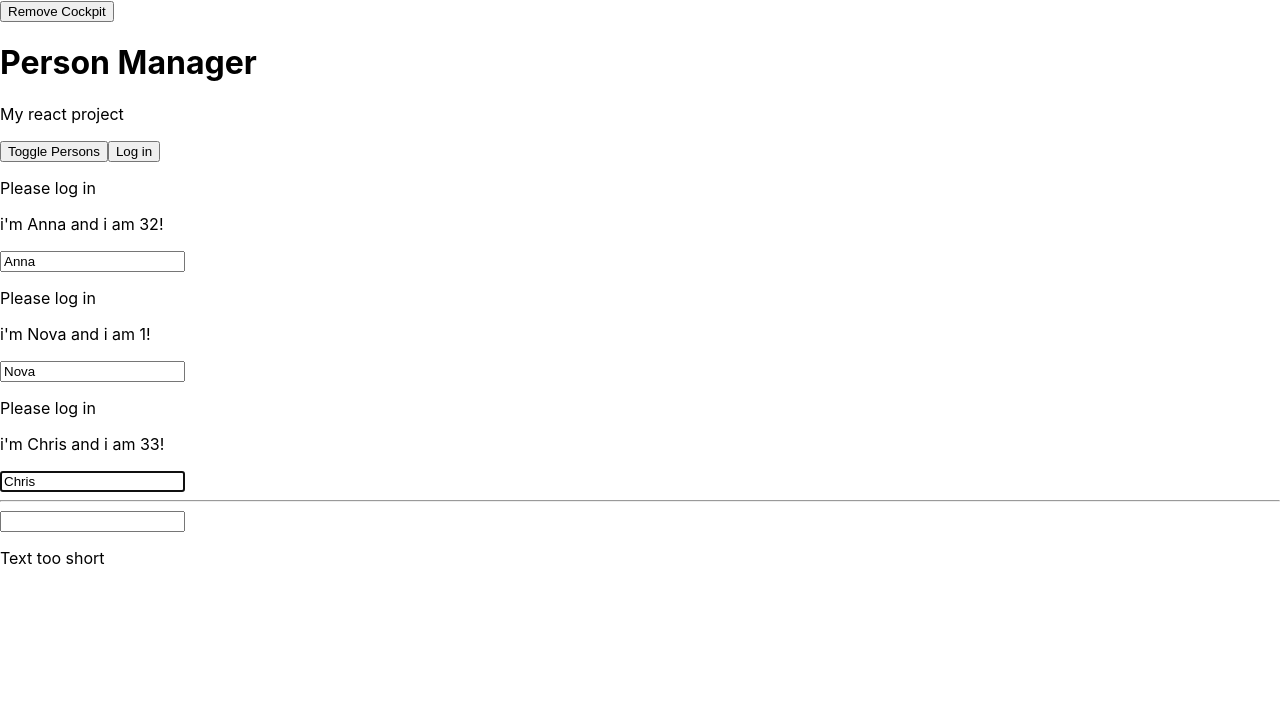
Repository: chrisbriz/myreactapp
Page: /
The author's editor kept a copy of each file at every save. The page is drawn from the files as they stood at one save, then again after the next save.
The browser window is 1280 px wide. The pictures show the whole page.
The project was rebuilt for these pictures with package versions that can differ from the ones it lists, and the page was loaded fresh each time. Also part of the build but not shown: src/Containers/App.css, src/Components/Char.js, src/Components/Persons/Person/Person.css, src/Components/Cockpit/Cockpit.css.

Above is the page before, as saved 2019-02-20 13:01:58.

### src/index.js
import React from 'react';
import ReactDOM from 'react-dom';
import './index.css';
import App from './Containers/App';
import * as serviceWorker from './serviceWorker';

ReactDOM.render(<App appTitle="Person Manager"/>, document.getElementById('root'));

// If you want your app to work offline and load faster, you can change
// unregister() to register() below. Note this comes with some pitfalls.
// Learn more about service workers: http://bit.ly/CRA-PWA
serviceWorker.unregister();

### src/Containers/App.js
import React, { Component } from 'react';
import classes from './App.css';
import Validation from '../Components/Validation';
import Char from '../Components/Char';
import Persons from '../Components/Persons/Persons';
import Cockpit from '../Components/Cockpit/Cockpit';
import withCLass from '../HOC/withClass';
import Auxiliary from '../HOC/Auxiliary';
import AuthContext from '../context/auth-context';


class App extends Component {

  constructor(props) {
    super(props);
    console.log('[App.js] constructor');
  }

  //state = component internal data, data source
  state = {
    persons: [
      { id: '1', name: 'Anna', age: 32 },
      { id: '2', name: 'Nova', age: 1 },
      { id: '3', name: 'Chris', age: 33 }
    ],
    showPersons: false,
    userInput: '',
    showCockpit: true,
    changeCounter: 0,
    authenticated: false
  }

  static getDerivedStateFromProps(props, state) {
    console.log('[App.js] getDerivedStateFromProps', props)
    return state;
  }

  //IMPORTANT LIFECYCLE HOOK
  componentDidMount() {
    console.log('[App.js] componentDidMount');
  }

  //IMPORTANT LIFECYCLE HOOK
  shouldComponentUpdate(nextProps, nextState) {
    console.log('[App-js] shouldComponentUpdate');
    return true;
  }

  //IMPORTANT LIFECYCLE HOOK
  componentDidUpdate() {
    console.log('[App-js] componentDidUpdate');
  }

  inputChangeHandler = (event) => {
    this.setState({ userInput: event.target.value })
  }

  deleteCharHandler = (index) => {
    const text = this.state.userInput.split('');
    text.splice(index, 1);
    const updatedText = text.join('');
    this.setState({ userInput: updatedText });
  }

  nameChangedHandler = (event, id) => {
    const personIndex = this.state.persons.findIndex(p => {
      return p.id === id;
    });

    const person = {
      ...this.state.persons[personIndex]
    };

    person.name = event.target.value;

    const persons = [...this.state.persons];
    persons[personIndex] = person;

    this.setState((prevState, props) => {
      return {
        persons: persons,
        changeCounter: prevState.changeCounter + 1
      };
    });
  }

  deletePersonHandler = (personIndex) => {
    // const persons = this.state.persons.slice();
    /*spread operator = spreads le element of the initial array into a new array
    we now manipulate a copy of the original state (mutating the state directly is bad practice)
    then updating the state*/
    const persons = [...this.state.persons];
    persons.splice(personIndex, 1);
    this.setState({ persons: persons });
  }

  togglePersonsHandler = () => {
    const doesShow = this.state.showPersons;
    this.setState({ showPersons: !doesShow });
  }

  loginHandler = () => {
    this.setState({ authenticated: true });
  }

  render() {
    console.log('[App.js] render')

    const charList = this.state.userInput.split('').map((ch, index) => {
      return <Char
        character={ch}
        key={index}
        clicked={() => this.deleteCharHandler(index)} />;
    });

    let persons = null;

    if (this.state.showPersons) {
      persons =
        <Persons
          persons={this.state.persons}
          clicked={this.deletePersonHandler}
          changed={this.nameChangedHandler}
          isAuthenticated={this.state.authenticated} />
    }

    return (
      <Auxiliary>
        <button
          onClick={() => {
            this.setState({ showCockpit: false });
          }}>
          Remove Cockpit
        </button>
        <AuthContext.Provider
          value={{
            authenticated: this.state.authenticated,
            login: this.loginHandler
          }}
        >
          {this.state.showCockpit ? (
            <Cockpit
              title={this.props.appTitle}
              showPersons={this.state.showPersons}
              personsLength={this.state.persons.length}
              clicked={this.togglePersonsHandler}
              login={this.loginHandler}
            />
          ) : null}
          {persons}
        </AuthContext.Provider>
        <hr />
        <input
          type="text"
          onChange={this.inputChangeHandler}
          value={this.state.userInput} />
        <p>{this.state.userInput}</p>
        <Validation inputLength={this.state.userInput.length} />
        {charList}
      </Auxiliary>
    );
  }
}

export default withCLass(App, classes.App);

### src/Components/Validation.js
import React from 'react';

const validation = (props) => {
    let validationMessage = 'Text long enough';

    if(props.inputLength <= 5){
        validationMessage ='Text too short';
    }

    return (
        <div>
            <div>{validationMessage}</div>
        </div>
    );
};

export default validation;

### src/Components/Persons/Persons.js
import React, { PureComponent } from 'react';
import Person from './Person/Person';


class Persons extends PureComponent {
    // static getDerivedStateFromProps(props, state){
    //     console.log('[Persons.js] getDerivedStateFromPrsops');
    //     return state;
    // }

    // componentWillReceiveProps(props){
    //     console.log('[Persons.js] componentWillReceiveProps', props);
    // }

    // shouldComponentUpdate(nextProps, nextState) {
    //     console.log('[Persons.js] souldComponentUpdate');
    //     if (
    //         nextProps.persons !== this.props.persons ||
    //         nextProps.changed !== this.props.changed ||
    //         nextProps.clicked !== this.props.clicked
    //         ) {
    //         return true;
    //     } else {
    //         return false;
    //     }
    // }

    getSnapshotBeforeUpdate(prevProps, prevState) {
        console.log('[Persons.js] getSnapshotBeforeUpdate');
        return { message: 'Snapshot!' };
    }

    componentDidUpdate(prevProps, prevState, snapshot) {
        console.log('[Persons.js] componentDidUpdate');
        console.log(snapshot);
    }

    componentWillUnmount() {
        console.log('[Persons.js] componentWillUnmount');
    }

    render() {
        console.log('[Person.js] rendering...');
        return this.props.persons.map((person, index) => {
            return (
                <Person
                    click={() => this.props.clicked(index)}
                    name={person.name}
                    age={person.age}
                    key={person.id}
                    changed={(event) => this.props.changed(event, person.id)}
                    isAuth={this.props.isAuthenticated}
                />
            );
        })
    }
}

export default Persons;

### src/Components/Cockpit/Cockpit.js
import React, { useEffect, useRef } from 'react';
import classes from './Cockpit.css';

const cockpit = (props) => {
    const toggleBtnRef = useRef(null);

    useEffect(() => {
        console.log('[Cockpit.js] useEffect');
        //HTTP request...
        // setTimeout(() => {
        //     alert('Saved data to the cloud');
        // }, 1000);
        toggleBtnRef.current.click();
        return () => {
            console.log('[Cockpit.js] clean up work in useEffect');
        };
    }, []);

    const assignedClasses = [];
    let btnClass = '';
    if (props.showPersons) {
        btnClass = classes.Red;
    }
    if (props.personsLength <= 2) {
        assignedClasses.push(classes.red);
    }
    if (props.personsLength <= 1) {
        assignedClasses.push(classes.bold);
    }

    return (
        <div className={classes.Cockpit}>
            <h1>{props.title}</h1>
            <p className={assignedClasses.join(' ')}>My react project</p>
            <button
                ref={toggleBtnRef}
                className={btnClass}
                onClick={props.clicked}>
                Toggle Persons
                </button>
            <button
                onClick={props.login}>
                Log in
                </button>
        </div>
    );

};

export default React.memo(cockpit);

### src/HOC/withClass.js
import React from 'react';

const withClass = (WrappedComponent, className) => {
    return props => (
        <div className={className}>
            <WrappedComponent {...props} />
        </div>
    );
};

export default withClass;

### src/context/auth-context.js
import React from 'react';

const authContext = React.createContext({
    authenticated: false,
    login: () => { }
});

export default authContext;

### src/Components/Persons/Person/Person.js
import React, { Component } from 'react';
import PropTypes from 'prop-types';

import Auxiliary from '../../../HOC/Auxiliary';
import withClass from '../../../HOC/withClass';
import classes from './Person.css';
import AuthContext from '../../../context/auth-context';



//props = properties on the element in app.js
class Person extends Component {
constructor(props){
  super(props);
  this.inputElementRef = React.createRef();
}

componentDidMount(){
  // this.inputElement.focus();
  this.inputElementRef.current.focus();
}

  render() {
    console.log('[Person.js] rendering...');
    return (
      <Auxiliary>
        {this.props.isAuth ? <p>Authenticated</p> : <p>Please log in</p>}
        <p onClick={this.props.click}>
          i'm {this.props.name} and i am {this.props.age}!
        </p>
        <p key="i2">{this.props.children}</p>
        <input
          key="i3"
          // ref={(inputEl) => {this.inputElement = inputEl}}
          ref={this.inputElementRef}
          type="text"
          onChange={this.props.changed}
          value={this.props.name}
        />
      </Auxiliary>
    );
  }
}

Person.propTypes = {
  click: PropTypes.func,
  name: PropTypes.string,
  age: PropTypes.number,
  changed: PropTypes.func
};

export default withClass(Person, classes.Person);

Loaded but not shown: public/index.html (common file); src/index.css (common file); src/serviceWorker.js (common file); src/HOC/Auxiliary.js (common file)

After the next save:
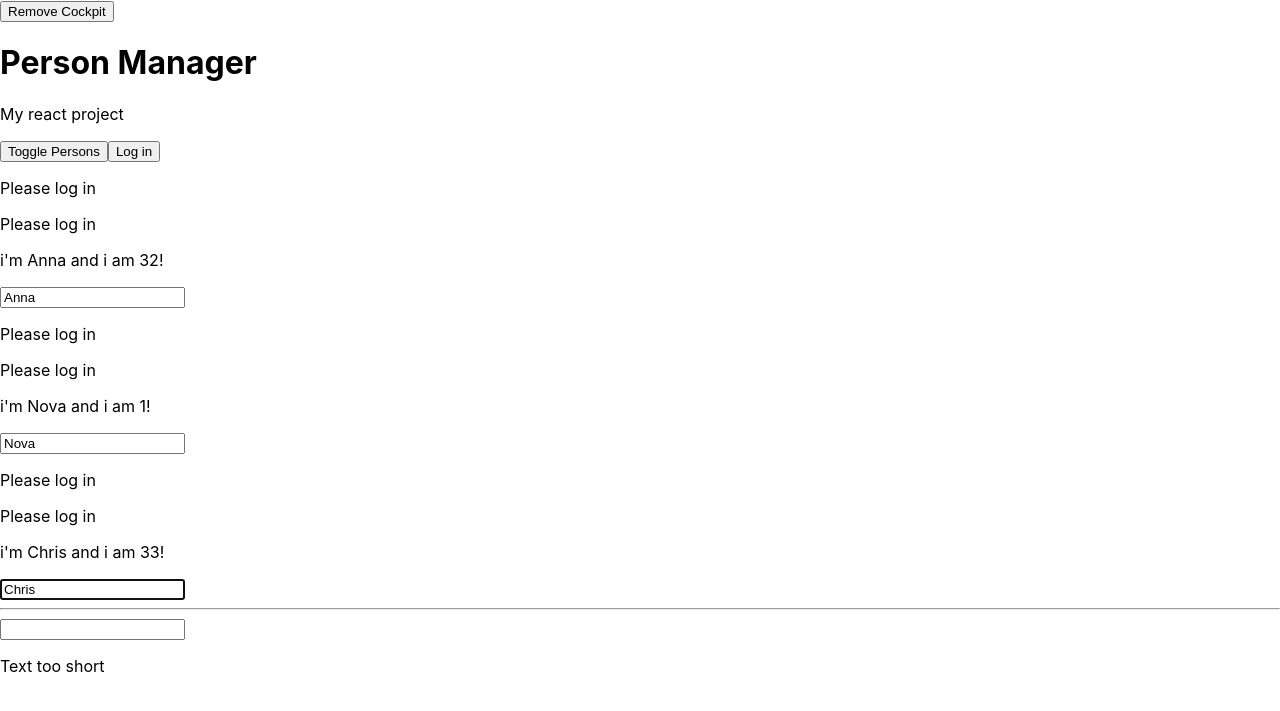
Saved 95 s later.
--- a/src/Components/Persons/Person/Person.js
+++ b/src/Components/Persons/Person/Person.js
@@ -5,6 +5,7 @@
 import withClass from '../../../HOC/withClass';
 import classes from './Person.css';
 import AuthContext from '../../../context/auth-context';
+import { isContext } from 'vm';
 
 
 
@@ -24,6 +25,9 @@
     console.log('[Person.js] rendering...');
     return (
       <Auxiliary>
+        <AuthContext.Consumer>
+          {(context) => this.props.isAuth ? <p>Authenticated</p> : <p>Please log in</p>}
+        </AuthContext.Consumer>
         {this.props.isAuth ? <p>Authenticated</p> : <p>Please log in</p>}
         <p onClick={this.props.click}>
           i'm {this.props.name} and i am {this.props.age}!

After the save that followed:
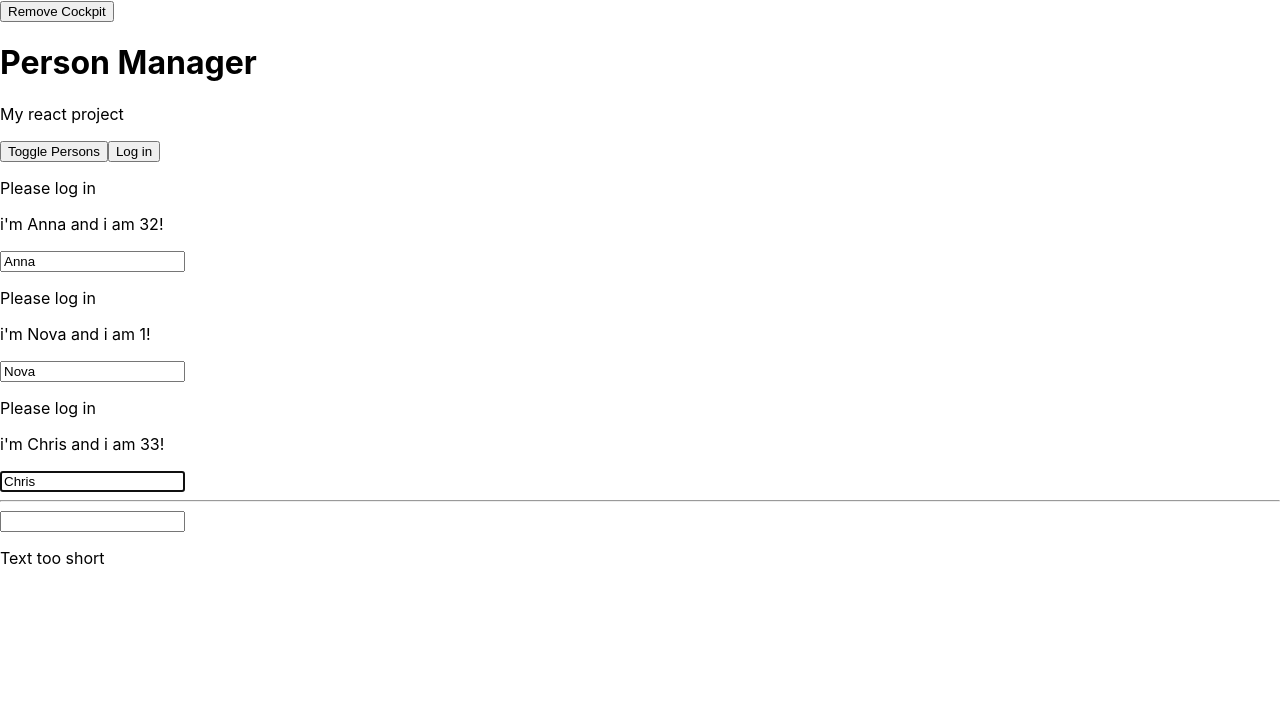
Saved 19 s later.
--- a/src/Components/Persons/Person/Person.js
+++ b/src/Components/Persons/Person/Person.js
@@ -28,7 +28,6 @@
         <AuthContext.Consumer>
           {(context) => this.props.isAuth ? <p>Authenticated</p> : <p>Please log in</p>}
         </AuthContext.Consumer>
-        {this.props.isAuth ? <p>Authenticated</p> : <p>Please log in</p>}
         <p onClick={this.props.click}>
           i'm {this.props.name} and i am {this.props.age}!
         </p>
